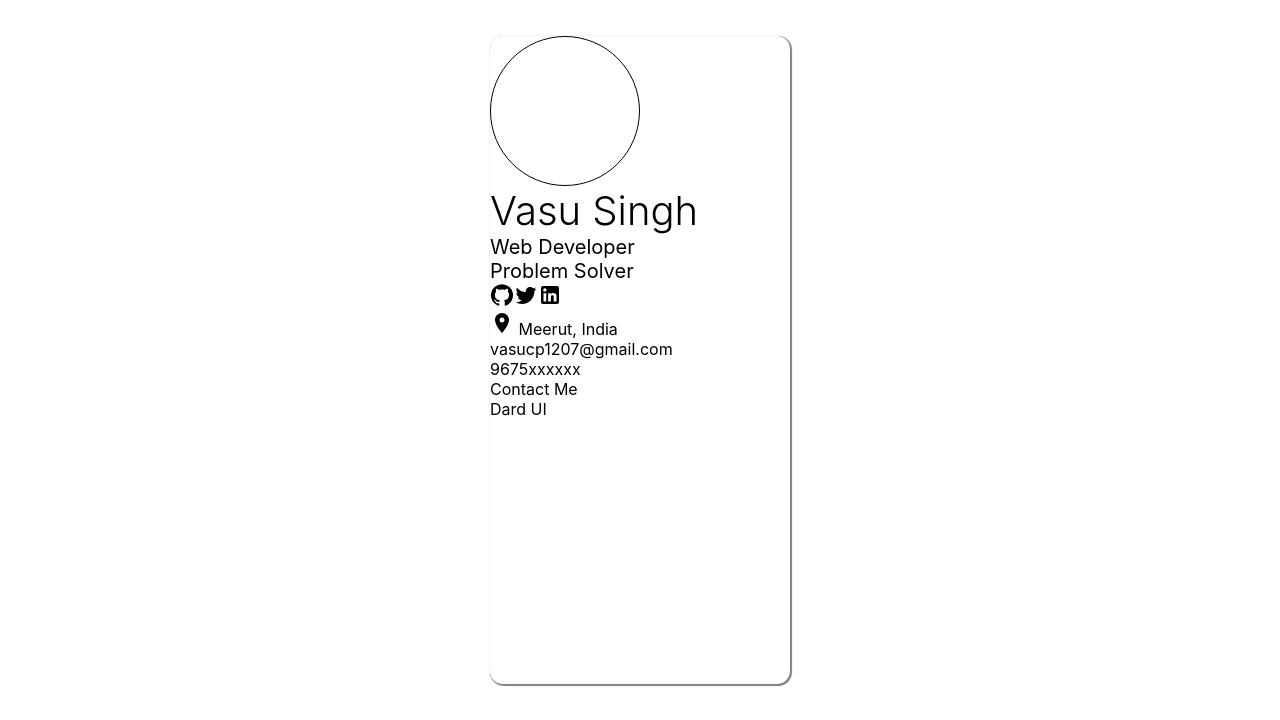
Repository: vasucp1207/grid-port
Page: /about
An editor plug-in stored every save of this project. The page is shown before and after the next save, followed by the edit.
The browser window is 1280 px wide. The pictures show the whole page.
Some web fonts or font styles are not loaded; a fallback is used. The project was rebuilt for these pictures with package versions that can differ from the ones it lists, and the page was loaded fresh each time. Also part of the build but not shown: src/pages/Home.js, src/pages/Projects.js.

Above is the page before, as saved 2022-08-16 22:10:07.

After the next save:
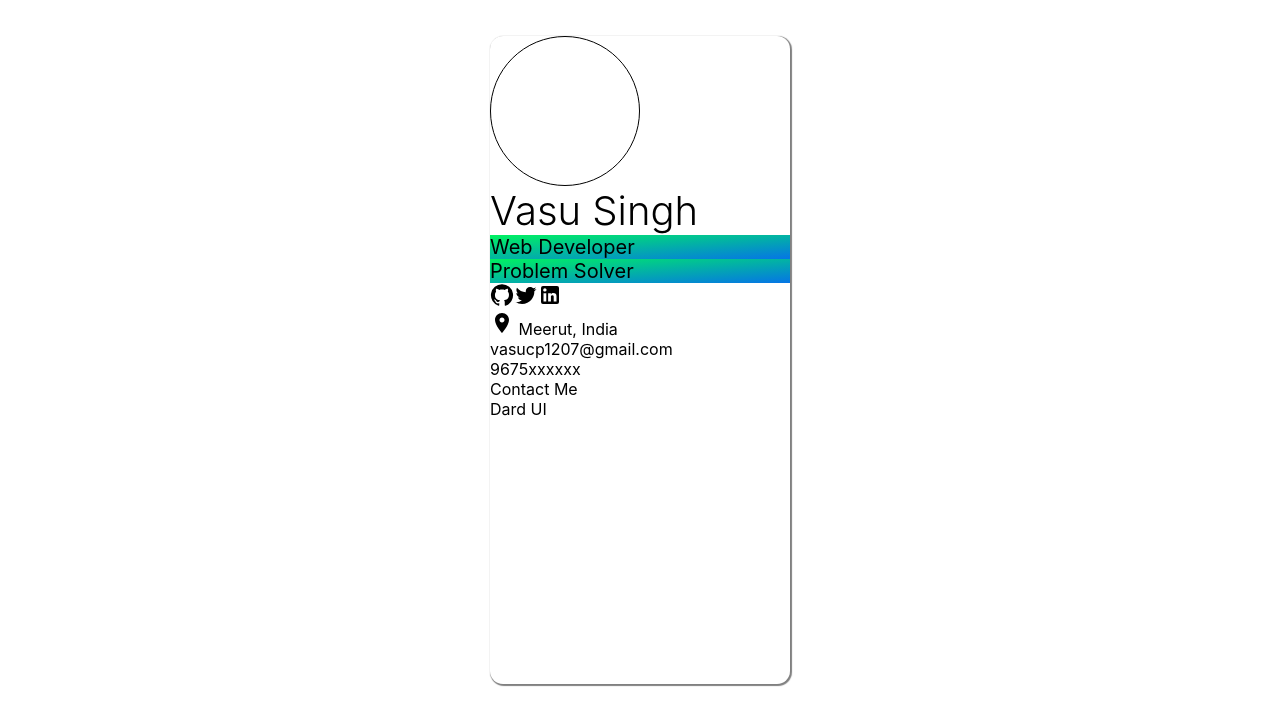
Saved 12 s later.
--- a/src/pages/AboutMe.js
+++ b/src/pages/AboutMe.js
@@ -87,7 +87,7 @@ const Left = styled.div`
 
     .sim-btn{
         font-size: 20px;
-        back
+        background-image: linear-gradient(to right bottom,#00f260,#0575e6);
     }
 `
 
